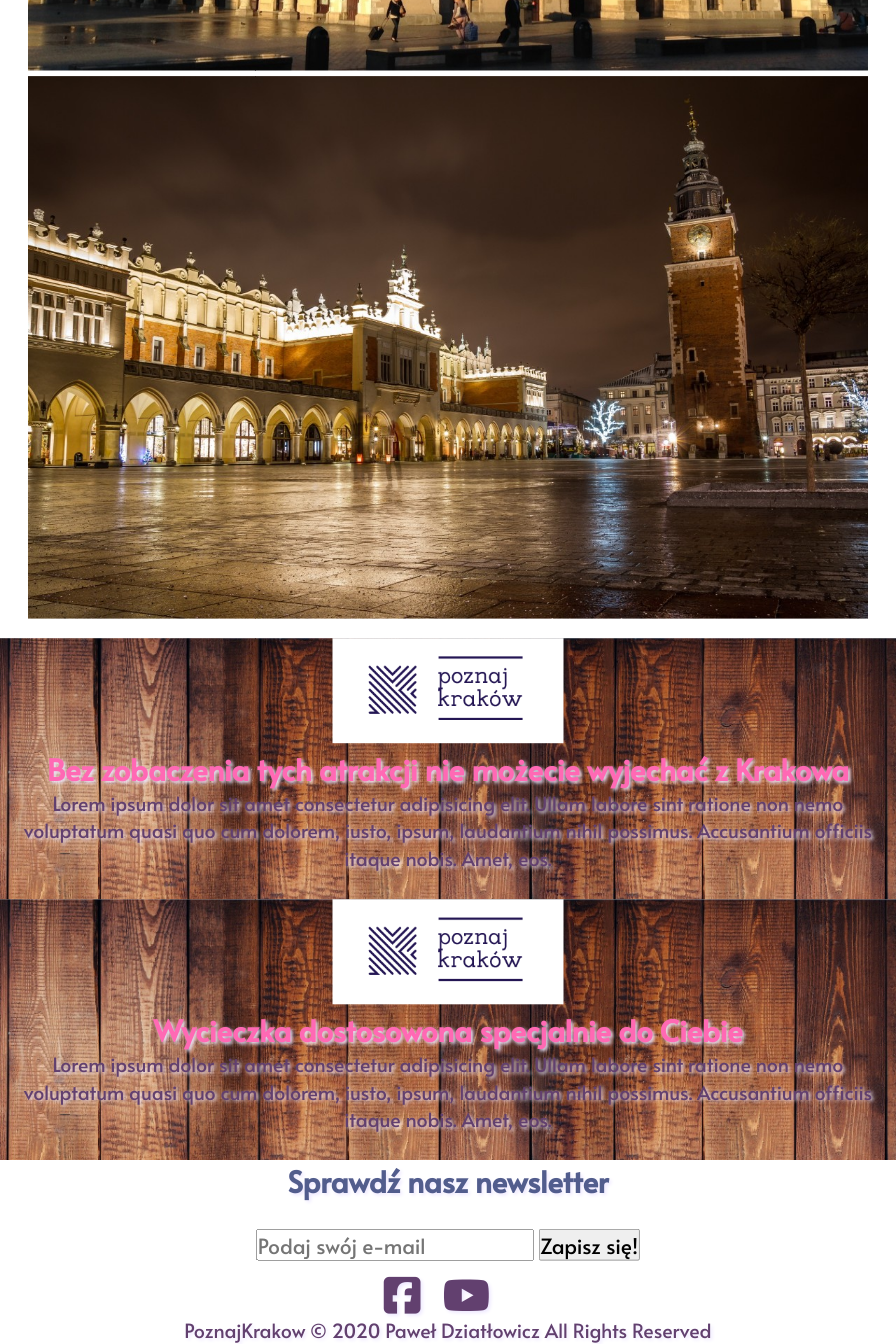
Repository: DZIALEK/projekt1
Page: projekt1.html
An editor plug-in stored every save of this project. The page is shown before and after the next save, followed by the edit.
The browser window is 1280 px wide. The pictures show the part of the page from y = 2874 to 4794 px (the page is 4794 px tall), at 70% of full size.
Some icons come from a web library that is not loaded, so they are not drawn. A picture or video elsewhere on the page could not be fetched, so the positions and the page height are approximate. Some web libraries are served in a nearby version.

Above is the page before, as saved 2020-07-15 01:04:28.

After the next save:
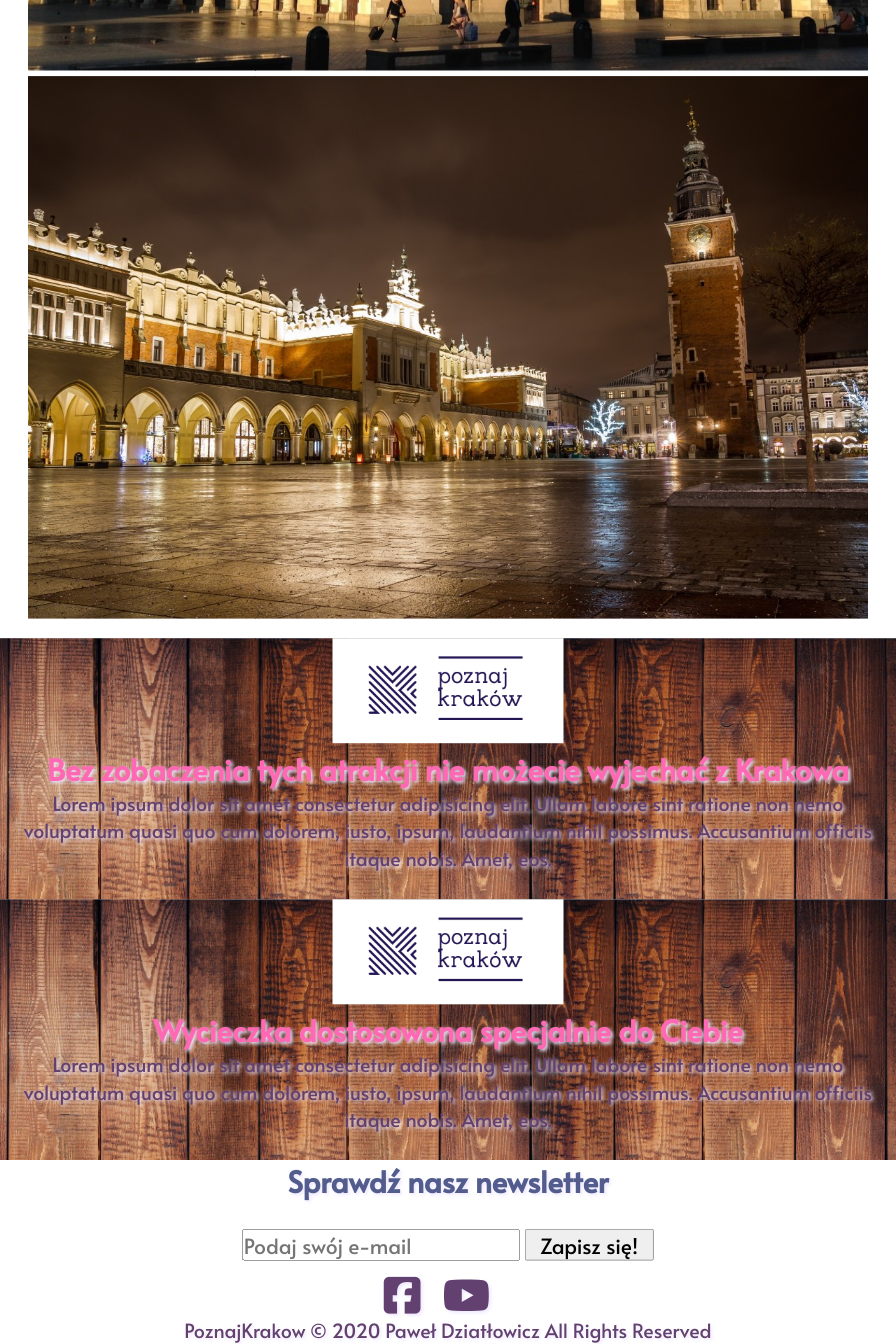
Saved 25 s later.
--- a/projekt1.css
+++ b/projekt1.css
@@ -201,4 +201,5 @@ input {
 button {
     font-size: 30px;
     font-family: 'Alata', sans-serif;
-}
+    padding: 0 20px;
+}
